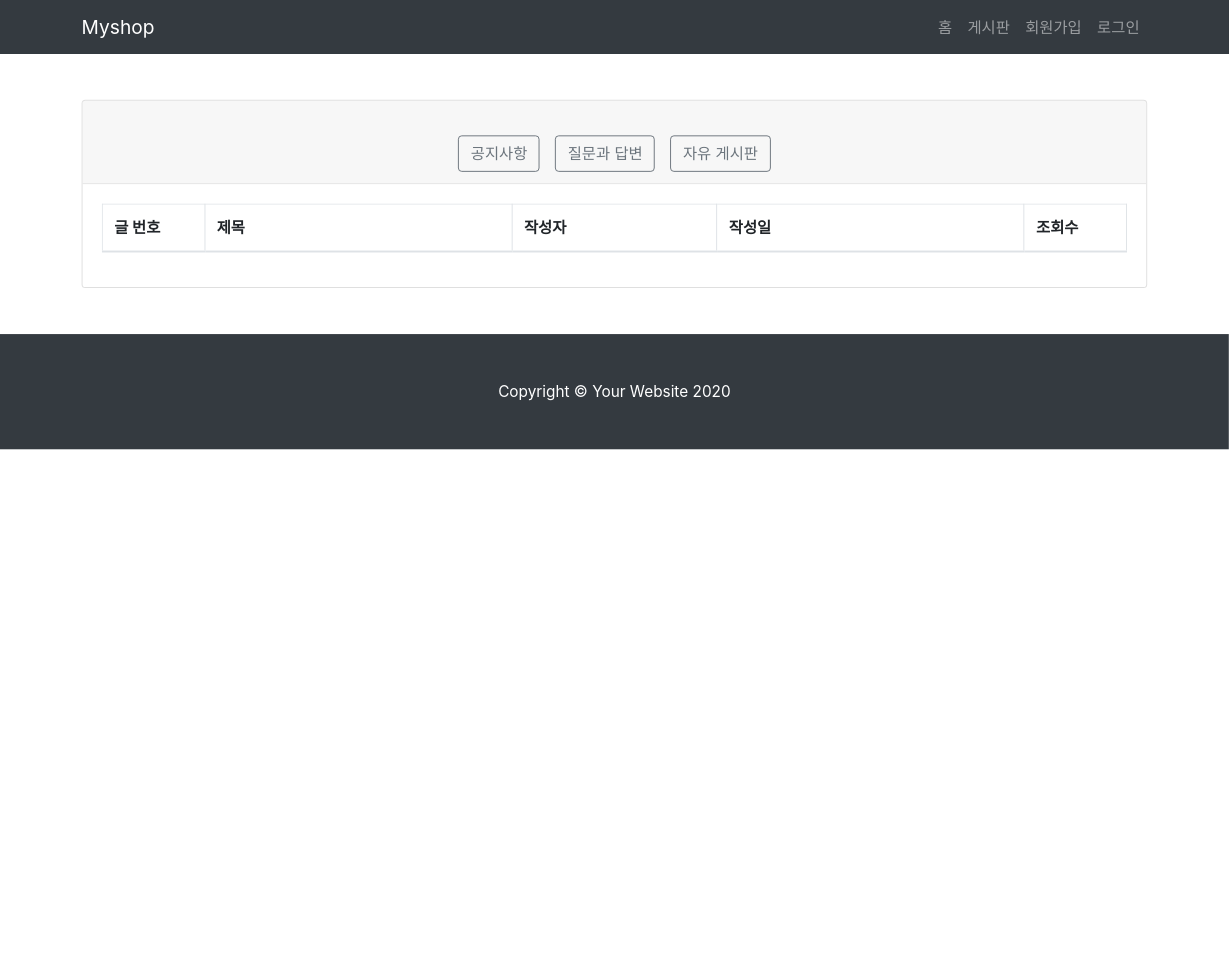
Repository: KimBiYam/ShoppingMallProject
Page: http://localhost/MyShop/WEB-INF/views/board/list.jsp
An editor plug-in stored every save of this project. The page is shown before and after the next save, followed by the edit.
The browser window is 1280 px wide. The pictures show the whole page, at 96% of full size.
Some web libraries are served in a nearby version. The page is served by Tomcat 9. Nobody is signed in. Other server files are loaded and not shown. The template is opened directly, without the code that normally fills it, so the values that code supplies are empty.

Above is the page before, as saved 2020-04-18 09:00:34.

### MyShop/src/main/webapp/WEB-INF/views/board/list.jsp
<%@ page language="java" contentType="text/html; charset=UTF-8"
	pageEncoding="UTF-8"%>
<%@taglib prefix="c" uri="http://java.sun.com/jsp/jstl/core"%>
<%@taglib prefix="fmt" uri="http://java.sun.com/jsp/jstl/fmt" %>
<%@taglib prefix="sec" uri="http://www.springframework.org/security/tags"%>
<!DOCTYPE html>
<html lang="en">
<head>
<meta charset="utf-8">
<meta name="viewport"
	content="width=device-width, initial-scale=1, shrink-to-fit=no">
<meta name="description" content="">
<meta name="author" content="">
<title>게시판</title>
</head>
<body>
	<jsp:include page="../header.jsp" />
	<!-- Page Content -->
	<div class="container">
		<div class="card my-5">
			<div class="card-header">
			<i class="fas fa-table mr-1"></i>
				<c:if test="${type eq 1 }"> 공지사항</c:if>
				<c:if test="${type eq 2 }"> 질문과 답변</c:if>
				<c:if test="${type eq 3 }"> 자유 게시판</c:if>
				<div class="d-flex justify-content-center">
				<a href="/myshop/board/list?type=1" class="btn btn-outline-secondary mx-2">공지사항</a>
				<a href="/myshop/board/list?type=2" class="btn btn-outline-secondary mx-2">질문과 답변</a>
				<a href="/myshop/board/list?type=3" class="btn btn-outline-secondary mx-2">자유 게시판</a>
				</div>
			</div>
			<div class="card-body">
				<div class="table-responsive">
					<table class="table table-bordered" id="dataTable">
						<thead>
							<tr>
								<th style="width: 10%">글 번호</th>
								<th style="width: 30%">제목</th>
								<th style="width: 20%">작성자</th>
								<th style="width: 30%">작성일</th>
								<th style="width: 20%">조회수</th>
							</tr>
							<c:forEach items="${list }" var="list">
							<tr>
								<td>${list.bnum }</td>
								<td><a href="/myshop/board/get?bnum=${list.bnum }">${list.title }</a></td>
								<td>${list.userid }</td>
								<td><fmt:formatDate value="${list.regdate }" pattern="yyyy-MM-dd"/></td>
								<td>${list.viewcnt }</td>
							</tr>
							</c:forEach>
						</thead>
					</table>
				</div>
				<c:if test="${type eq 1 }">
				<sec:authorize access='hasRole("ROLE_ADMIN")'>
					<div class="float-right">
						<a href="/myshop/board/admin/insert?type=1" class="btn btn-outline-primary">글쓰기</a>
					</div>
				</sec:authorize>
				</c:if>
				<c:if test="${type eq 2}">
				<sec:authorize access='hasRole("ROLE_USER")'>
					<div class="float-right">
						<a href="/myshop/board/insert?type=2" class="btn btn-outline-primary">글쓰기</a>
					</div>
				</sec:authorize>
				</c:if>
				<c:if test="${type eq 3}">
				<sec:authorize access="isAuthenticated()">
					<div class="float-right">
						<a href="/myshop/board/insert?type=3" class="btn btn-outline-primary">글쓰기</a>
					</div>
				</sec:authorize>
				</c:if>
			</div>
		</div>
	</div>
	<!-- /.container -->
	<jsp:include page="../footer.jsp"></jsp:include>
</body>

</html>

### MyShop/src/main/webapp/WEB-INF/views/header.jsp
<%@ page language="java" contentType="text/html; charset=UTF-8"
    pageEncoding="UTF-8"%>
<%@taglib prefix="sec" uri="http://www.springframework.org/security/tags" %>
<%@taglib prefix="c" uri="http://java.sun.com/jsp/jstl/core" %>
<!DOCTYPE html>
	<!-- Bootstrap core CSS -->
	<link href="/myshop/resources/vendor/bootstrap/css/bootstrap.min.css" rel="stylesheet">
	<!-- Custom styles for this template -->
	<link href="/myshop/resources/css/shop-homepage.css" rel="stylesheet">
	<!-- Bootstrap core JavaScript -->
	<script src="/myshop/resources/vendor/jquery/jquery.min.js"></script>
	<script src="/myshop/resources/vendor/bootstrap/js/bootstrap.bundle.min.js"></script>
	<script src="https://t1.daumcdn.net/mapjsapi/bundle/postcode/prod/postcode.v2.js"></script>
	<script src="/myshop/resources/js/member.js"></script>

  <!-- Navigation -->
  <nav class="navbar navbar-expand-lg navbar-dark bg-dark fixed-top">
    <div class="container">
      <a class="navbar-brand" href="/myshop">Myshop</a>
      <button class="navbar-toggler" type="button" data-toggle="collapse" data-target="#navbarResponsive" aria-controls="navbarResponsive" aria-expanded="false" aria-label="Toggle navigation">
        <span class="navbar-toggler-icon"></span>
      </button>
      <div class="collapse navbar-collapse" id="navbarResponsive">
        <ul class="navbar-nav ml-auto">
          <li class="nav-item">
            <a class="nav-link" href="/myshop">홈
            </a>
          </li>
          <li class="nav-item">
            <a class="nav-link" href="#">게시판</a>
          </li>
          <sec:authorize access="isAnonymous()">
          <li class="nav-item">
            <a class="nav-link" href="javascript:join()">회원가입</a>
          </li>
          <li class="nav-item">
            <a class="nav-link" href="javascript:login()">로그인</a>
          </li>
          </sec:authorize>
          <sec:authorize access="isAuthenticated()">
          <li class="nav-item">
            <a class="nav-link" href="#">마이페이지</a>
          </li>
          <li class="nav-item">
          <form id="logoutForm" action="/myshop/logout" method="post">
          <input type="hidden" name="${_csrf.parameterName }" value="${_csrf.token }">
          </form>
            <a class="nav-link" href="javascript:logout()">로그아웃</a>
          </li>
          </sec:authorize>
        </ul>
      </div>
    </div>
  </nav>
<!-- #joinModal -->
<div class="modal fade" id="joinModal" tabindex="-1" role="dialog"
	aria-labelledby="myModalLabel" aria-hidden="true">
	<div class="modal-dialog">
		<div class="modal-content">
			<div class="modal-header justify-content-center font-weight-light my-4">
				<h3 class="modal-title" id="myModalLabel">회원가입</h3>
			</div>
			<div class="modal-body">
	            <form id="joinForm" action="/myshop/user/join" method="post">
	            <input type="hidden" name="${_csrf.parameterName }" value="${_csrf.token }">
	            <input type="hidden" name="addr" id="addr">
	            <input type="hidden" name="idcheck" id="idcheck" value="0">
	                <div class="form-group">
	              	  <label class="small mb-1" for="joinid">ID</label>
					  <div class="input-group">
	              	  	<input class="form-control input-group-prepend joinInput" name="userid" id="joinid" type="text" placeholder="아이디를 입력하세요" />
	               	 	<button type="button" id="idcheckBtn" class="btn btn-outline-info input-group-append">중복체크</button>
		              </div>
	                </div>
	                <div class="form-group">
		                <label class="small mb-1" for="joinpw">Password</label>
		                <input class="form-control joinInput" name="userpw" id="joinpw" type="password" placeholder="패스워드를 입력하세요" />
	                </div>
	                <div class="form-group">
		                <label class="small mb-1" for="userpw">Password 확인</label>
		                <input class="form-control joinInput" id="pwdcheck" type="password" placeholder="패스워드를 입력하세요" />
	                </div>
   	                <div class="form-group">
		                <label class="small mb-1" for="username">이름</label>
		                <input class="form-control joinInput" name="username" id="username" type="text" placeholder="이름을 입력하세요" />
	                </div>
	                <div class="form-group">
		                <label class="small mb-1" for="tel">전화번호</label>
		                <input class="form-control joinInput" name="tel" id="tel" type="tel" maxlength="13" placeholder="전화번호를 입력하세요" />
	                </div>
  	                <div class="form-group">
		                <label class="small mb-1" for="email">이메일</label>
		                <input class="form-control joinInput" name="email" id="email" type="email" placeholder="이메일을 입력하세요" />
	                </div>
					<div class="form-group">
						<label class="small mb-1">우편번호</label>
						<input class="form-control joinInput" style="width: 30%" type="text" name="zipcode" id="zipcode" readonly="readonly">
					</div>
					<div class="form-group">
						<label class="small mb-1">주소</label>
						<div class="input-group">
							<input class="form-control input-group-prepend joinInput" type="text" id="addrView" readonly="readonly">
							<button type="button" id="addrBtn" class="btn btn-outline-primary input-group-apeend">주소 검색</button>
						</div>
					</div>
  	                <div class="form-group">
		                <label class="small mb-1" for="addrDetail">상세주소</label>
		                <input class="form-control joinInput" name="addrDetail" id="addrDetail" type="text" placeholder="상세주소를 입력하세요" />
	                </div>
   	                <div class="form-group">
		                <label class="small mb-1" for="role">관리자 코드</label>
		                <input class="form-control joinInput" name="admincode" id="admincode" type="text" placeholder="관리자가 되려면 코드를 입력하세요" />
	                </div>
	                <div class="form-group mt-4 mb-0">
	                	<button type="button" class="btn btn-primary float-right" id="joinBtn">회원가입</button>
	                </div>
	            </form>
			</div>
		</div>
		<!-- /.modal-content -->
	</div>
	<!-- /.modal-dialog -->
</div>
<!-- /#joinModal -->
<!-- #loginModal -->
<div class="modal fade" id="loginModal" tabindex="-1" role="dialog"
	aria-labelledby="myModalLabel" aria-hidden="true">
	<div class="modal-dialog">
		<div class="modal-content">
			<div class="modal-header justify-content-center font-weight-light my-4">
				<h3 class="modal-title" id="myModalLabel">로그인</h3>
			</div>
			<div class="modal-body">
	            <form id="loginForm" action="/myshop/login" method="post">
	            <input type="hidden" name="${_csrf.parameterName }" value="${_csrf.token }">
	            <input type="hidden" name="idcheck" id="idcheck" value="0">
	                <div class="form-group">
	              	  <label class="small mb-1" for="userid">ID</label>
					  <div class="input-group">
	              	  	<input class="form-control input-group-prepend" name="username" id="loginid" type="text" placeholder="아이디를 입력하세요" />
		              </div>
	                </div>
	                <div class="form-group">
		                <label class="small mb-1" for="userpw">Password</label>
		                <input class="form-control" name="password" id="loginpw" type="password" placeholder="패스워드를 입력하세요" />
	                </div>
                	<div class="form-group">
                       <div class="custom-control custom-checkbox">
                       	<input class="custom-control-input" name="remember-me" id="remember-me" type="checkbox" />
                        <label class="custom-control-label" for="remember-me">자동 로그인</label>
                       </div>
              		</div>
	                <div class="form-group mt-4 mb-0">
	                	<button type="button" class="btn btn-primary float-right" id="loginBtn">로그인</button>
	                </div>
	                <c:if test="${not empty SPRING_SECURITY_LAST_EXCEPTION}">
					    <font color="red">
					        ${sessionScope["SPRING_SECURITY_LAST_EXCEPTION"].message}
					        <c:remove var="SPRING_SECURITY_LAST_EXCEPTION" scope="session"/>
					    </font>
					</c:if>
	            </form>
			</div>
		</div>
		<!-- /.modal-content -->
	</div>
	<!-- /.modal-dialog -->
</div>
<!-- /#loginModal -->

### MyShop/src/main/webapp/WEB-INF/views/footer.jsp
<%@ page language="java" contentType="text/html; charset=UTF-8"
    pageEncoding="UTF-8"%>
<!DOCTYPE html>
  <!-- Footer -->
  <footer class="py-5 bg-dark">
    <div class="container">
      <p class="m-0 text-center text-white">Copyright &copy; Your Website 2020</p>
    </div>
    <!-- /.container -->
  </footer>

### MyShop/src/main/webapp/WEB-INF/views/includes/header.jsp
<%@ page language="java" contentType="text/html; charset=UTF-8"
	pageEncoding="UTF-8"%>
<%@taglib prefix="sec"
	uri="http://www.springframework.org/security/tags"%>
<%@taglib prefix="c" uri="http://java.sun.com/jsp/jstl/core"%>
<!DOCTYPE html>
<!-- Bootstrap core CSS -->
<link href="/myshop/resources/vendor/bootstrap/css/bootstrap.min.css"
	rel="stylesheet">
<!-- Custom styles for this template -->
<link href="/myshop/resources/css/shop-homepage.css" rel="stylesheet">
<!-- Bootstrap core JavaScript -->
<script src="/myshop/resources/vendor/jquery/jquery.min.js"></script>
<script
	src="/myshop/resources/vendor/bootstrap/js/bootstrap.bundle.min.js"></script>
<script
	src="https://t1.daumcdn.net/mapjsapi/bundle/postcode/prod/postcode.v2.js"></script>
<script src="/myshop/resources/js/member.js"></script>
<script
	src="https://cdnjs.cloudflare.com/ajax/libs/font-awesome/5.11.2/js/all.min.js"
	crossorigin="anonymous"></script>

<!-- Navigation -->
<nav class="navbar navbar-expand-lg navbar-dark bg-dark fixed-top">
	<div class="container">
		<a class="navbar-brand" href="/myshop">Myshop</a>
		<button class="navbar-toggler" type="button" data-toggle="collapse"
			data-target="#navbarResponsive" aria-controls="navbarResponsive"
			aria-expanded="false" aria-label="Toggle navigation">
			<span class="navbar-toggler-icon"></span>
		</button>
		<div class="collapse navbar-collapse" id="navbarResponsive">
			<ul class="navbar-nav ml-auto">
				<li class="nav-item"><a class="nav-link" href="/myshop"><i
						class="fas fa-home"></i> 홈 </a></li>
				<li class="nav-item"><a class="nav-link"
					href="/myshop/board/list"><i class="fas fa-align-justify"></i>
						게시판</a></li>
				<li class="nav-item"><a class="nav-link" href="/myshop/map"><i
						class="fa fa-map"></i>` 지도</a></li>
				<sec:authorize access="isAnonymous()">
					<li class="nav-item"><a class="nav-link"
						href="javascript:join()">회원가입</a></li>
					<li class="nav-item"><a class="nav-link"
						href="javascript:login()">로그인</a></li>
				</sec:authorize>
				<sec:authorize access="isAuthenticated()">
					<sec:authorize access='hasRole("ROLE_USER")'>
						<li class="nav-item"><a class="nav-link"
							href="/myshop/user/update"><i class="far fa-address-book"></i>
								마이 페이지</a></li>
						<li class="nav-item"><a
							href="/myshop/product/cart?userid=<sec:authentication property="principal.username"/>"
							class="nav-link"><i class="fas fa-shopping-cart"></i> 장바구니</a></li>
						<li class="nav-item"><a class="nav-link"
							href="/myshop/product/order/list?userid=<sec:authentication property="principal.username"/>"><i
								class="fas fa-clipboard-list"></i> 주문 내역</a></li>
					</sec:authorize>
					<sec:authorize access='hasRole("ROLE_ADMIN")'>
						<li class="nav-item"><a class="nav-link"
							href="/myshop/admin/list"><i class="fas fa-address-card"></i>
								회원 관리</a></li>
						<li class="nav-item"><a class="nav-link"
							href="/myshop/product/category/list"><i class="fas fa-tags"></i>
								카테고리 관리</a></li>
						<li class="nav-item"><a class="nav-link"
							href="/myshop/product/order/admin/list"><i
								class="fas fa-clipboard-list"></i> 주문 관리</a></li>
						<li class="nav-item"><a class="nav-link"
							href="/myshop/product/register"><i
								class="fas fa-balance-scale"></i> 상품 등록</a></li>
					</sec:authorize>
					<li class="nav-item">
						<form id="logoutForm" action="/myshop/logout" method="post">
							<input type="hidden" name="${_csrf.parameterName }"
								value="${_csrf.token }">
						</form> <a class="nav-link" href="javascript:logout()">로그아웃</a>
					</li>
				</sec:authorize>
			</ul>
		</div>
	</div>
</nav>
<!-- #joinModal -->
<div class="modal fade" id="joinModal" tabindex="-1" role="dialog"
	aria-labelledby="myModalLabel" aria-hidden="true">
	<div class="modal-dialog">
		<div class="modal-content">
			<div
				class="modal-header justify-content-center font-weight-light my-4">
				<h3 class="modal-title" id="myModalLabel">회원가입</h3>
			</div>
			<div class="modal-body">
				<form id="joinForm" action="/myshop/user/join" method="post">
					<input type="hidden" name="${_csrf.parameterName }"
						value="${_csrf.token }"> <input type="hidden" name="addr"
						id="addr"> <input type="hidden" name="idcheck"
						id="idcheck" value="0">
					<div class="form-group">
						<label class="small mb-1" for="joinid">ID</label>
						<div class="input-group">
							<input class="form-control input-group-prepend joinInput"
								name="userid" id="joinid" type="text" placeholder="아이디를 입력하세요" />
							<button type="button" id="idcheckBtn"
								class="btn btn-outline-info input-group-append">중복체크</button>
						</div>
					</div>
					<div class="form-group">
						<label class="small mb-1" for="joinpw">Password</label> <input
							class="form-control joinInput" name="userpw" id="joinpw"
							type="password" placeholder="패스워드를 입력하세요" />
					</div>
					<div class="form-group">
						<label class="small mb-1" for="userpw">Password 확인</label> <input
							class="form-control joinInput" id="pwdcheck" type="password"
							placeholder="패스워드를 입력하세요" />
					</div>
					<div class="form-group">
						<label class="small mb-1" for="username">이름</label> <input
							class="form-control joinInput" name="username" id="username"
							type="text" placeholder="이름을 입력하세요" />
					</div>
					<div class="form-group">
						<label class="small mb-1" for="tel">휴대전화</label> <input
							class="form-control joinInput" name="tel" id="tel" type="tel"
							maxlength="13" placeholder="전화번호를 입력하세요" />
					</div>
					<div class="form-group">
						<label class="small mb-1" for="email">이메일</label> <input
							class="form-control joinInput" name="email" id="email"
							type="email" placeholder="이메일을 입력하세요" />
					</div>
					<div class="form-group">
						<label class="small mb-1">우편번호</label> <input
							class="form-control joinInput" style="width: 30%" type="text"
							name="zipcode" id="zipcode" readonly="readonly">
					</div>
					<div class="form-group">
						<label class="small mb-1">주소</label>
						<div class="input-group">
							<input class="form-control input-group-prepend joinInput"
								type="text" id="addrView" readonly="readonly">
							<button type="button" id="addrBtn"
								class="btn btn-outline-primary input-group-apeend">주소
								검색</button>
						</div>
					</div>
					<div class="form-group">
						<label class="small mb-1" for="addrDetail">상세주소</label> <input
							class="form-control joinInput" name="addrDetail" id="addrDetail"
							type="text" placeholder="상세주소를 입력하세요" />
					</div>
					<div class="form-group">
						<label class="small mb-1" for="role">관리자 코드</label> <input
							class="form-control joinInput" name="admincode" id="admincode"
							type="text" placeholder="관리자가 되려면 코드를 입력하세요" />
					</div>
					<div class="form-group mt-4 mb-0">
						<button type="button" class="btn btn-primary float-right"
							id="joinBtn">회원가입</button>
					</div>
				</form>
			</div>
		</div>
		<!-- /.modal-content -->
	</div>
	<!-- /.modal-dialog -->
</div>
<!-- /#joinModal -->
<!-- #loginModal -->
<div class="modal fade" id="loginModal" tabindex="-1" role="dialog"
	aria-labelledby="myModalLabel" aria-hidden="true">
	<div class="modal-dialog">
		<div class="modal-content">
			<div
				class="modal-header justify-content-center font-weight-light my-4">
				<h3 class="modal-title" id="myModalLabel">로그인</h3>
			</div>
			<div class="modal-body">
				<form id="loginForm" action="/myshop/login" method="post">
					<input type="hidden" name="${_csrf.parameterName }"
						value="${_csrf.token }">
					<div class="form-group">
						<label class="small mb-1" for="userid">ID</label>
						<div class="input-group">
							<input class="form-control input-group-prepend" name="username"
								id="loginid" type="text" placeholder="아이디를 입력하세요" />
						</div>
					</div>
					<div class="form-group">
						<label class="small mb-1" for="userpw">Password</label> <input
							class="form-control" name="password" id="loginpw" type="password"
							placeholder="패스워드를 입력하세요" />
					</div>
					<div class="form-group">
						<div class="custom-control custom-checkbox">
							<input class="custom-control-input" name="remember-me"
								id="remember-me" type="checkbox" /> <label
								class="custom-control-label" for="remember-me">자동 로그인</label>
						</div>
					</div>
					<div class="form-group mt-4 mb-0">
						<button type="button" class="btn btn-primary float-right" id="loginBtn">로그인</button>
					</div>
				</form>
				<!-- 네이버 로그인 창 -->
				<div id="naver_id_login float-left" style="text-align: center">
					<a class="float-left" href="${url }"> <img width="223" src="/myshop/resources/img/login.PNG" /></a>
				</div>
			</div>
		</div>
		<!-- /.modal-content -->
	</div>
	<!-- /.modal-dialog -->
</div>
<!-- /#loginModal -->

### MyShop/src/main/webapp/WEB-INF/views/includes/footer.jsp
<%@ page language="java" contentType="text/html; charset=UTF-8"
    pageEncoding="UTF-8"%>
<!DOCTYPE html>
  <!-- Footer -->
  <footer class="py-5 bg-dark">
    <div class="container">
      <p class="m-0 text-center text-white">Copyright &copy; Your Website 2020</p>
    </div>
    <!-- /.container -->
  </footer>

Loaded but not shown: MyShop/src/main/webapp/resources/css/shop-homepage.css (common file); MyShop/src/main/webapp/resources/js/member.js (234 lines, source omitted)

After the next save:
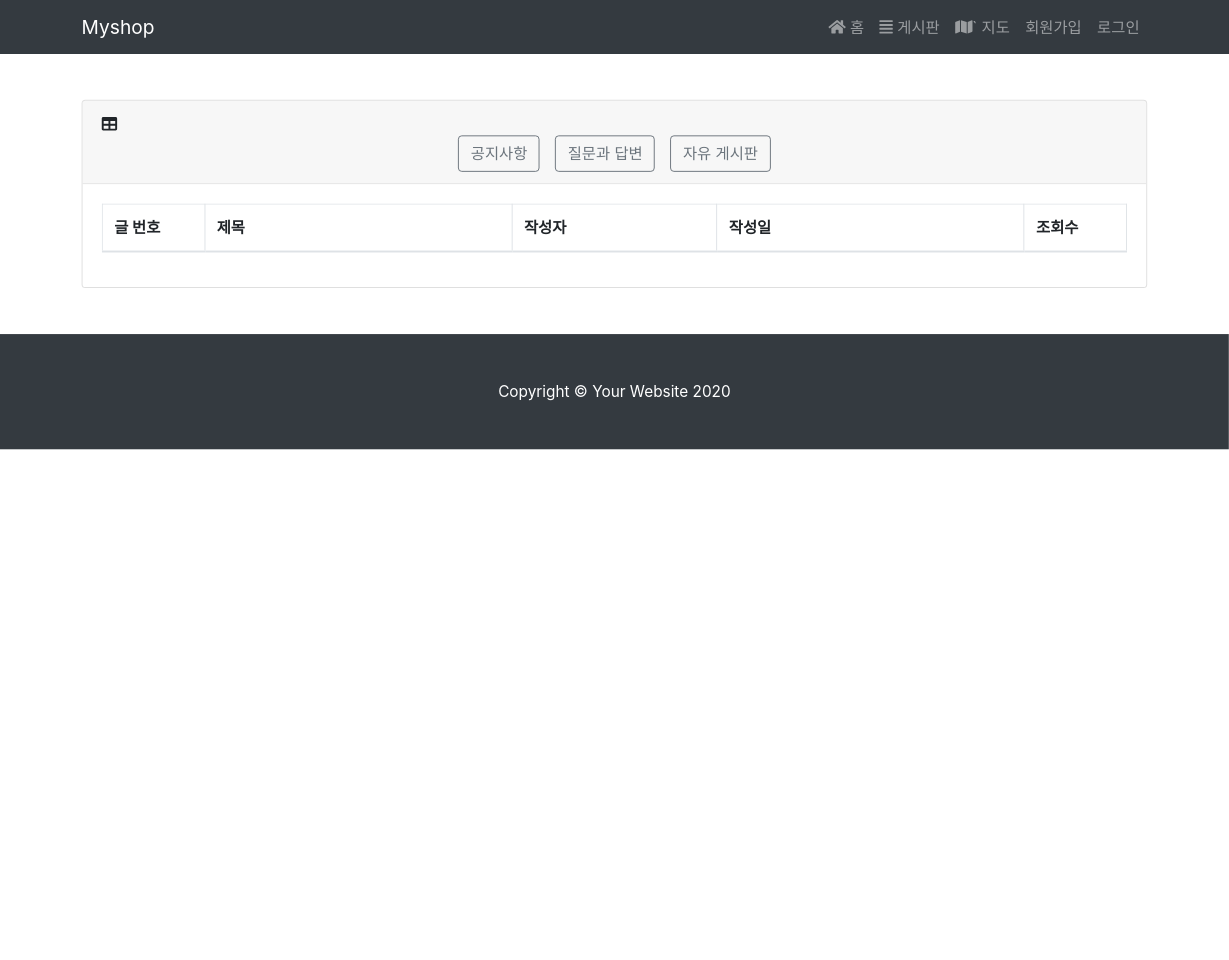
Saved 97 s later.
--- a/MyShop/src/main/webapp/WEB-INF/views/board/list.jsp
+++ b/MyShop/src/main/webapp/WEB-INF/views/board/list.jsp
@@ -14,7 +14,7 @@
 <title>게시판</title>
 </head>
 <body>
-	<jsp:include page="../header.jsp" />
+	<jsp:include page="../includes/header.jsp" />
 	<!-- Page Content -->
 	<div class="container">
 		<div class="card my-5">
@@ -77,7 +77,7 @@
 		</div>
 	</div>
 	<!-- /.container -->
-	<jsp:include page="../footer.jsp"></jsp:include>
+	<jsp:include page="../includes/footer.jsp"></jsp:include>
 </body>
 
 </html>
